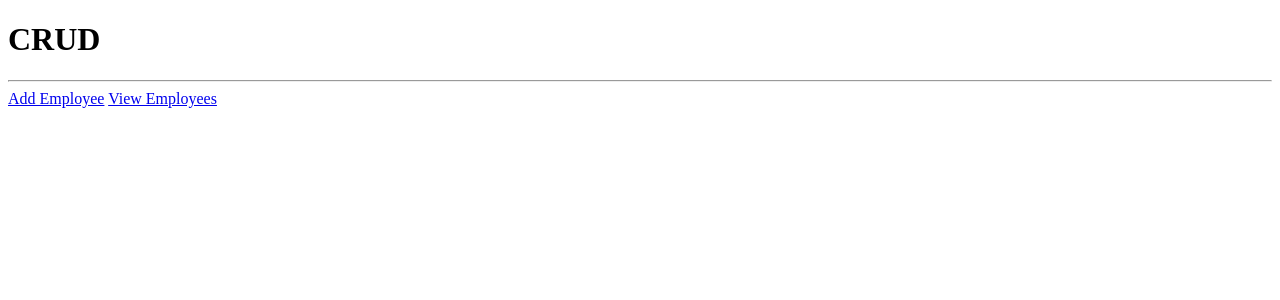
Repository: HarshZanwar2001/CRUD_Oprations_JAVA_JSP_MYSQL
Page: http://localhost/JSP_CRUD_Operation/
The author's editor kept a copy of each file at every save. The page is drawn from the files as they stood at one save, then again after the next save.
The browser window is 1280 px wide. The pictures show the whole page.
The page is served by Tomcat 9.

Above is the page before, as saved 2024-12-01 05:18:57.

After the next save:
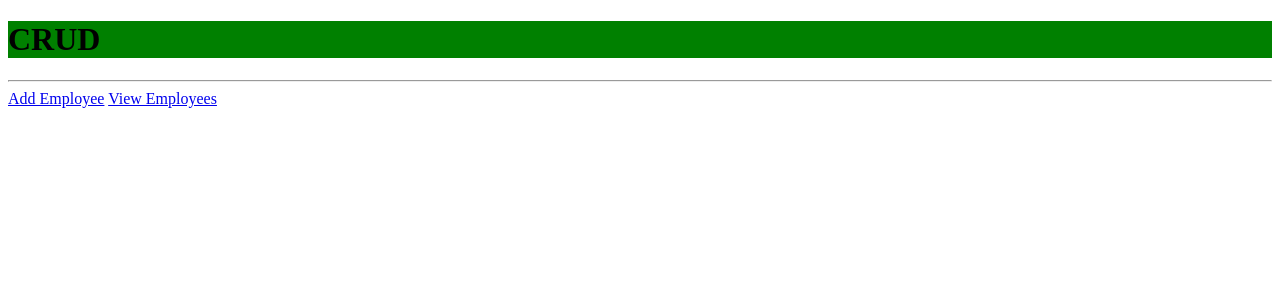
Saved 18 s later.
--- a/JSP_CRUD_Operation/src/main/webapp/index.jsp
+++ b/JSP_CRUD_Operation/src/main/webapp/index.jsp
@@ -7,7 +7,7 @@
 <title>CRUD</title>
 
 <style type="text/css">
- .heading{
+ #heading{
  background-color: green;
 
  }
